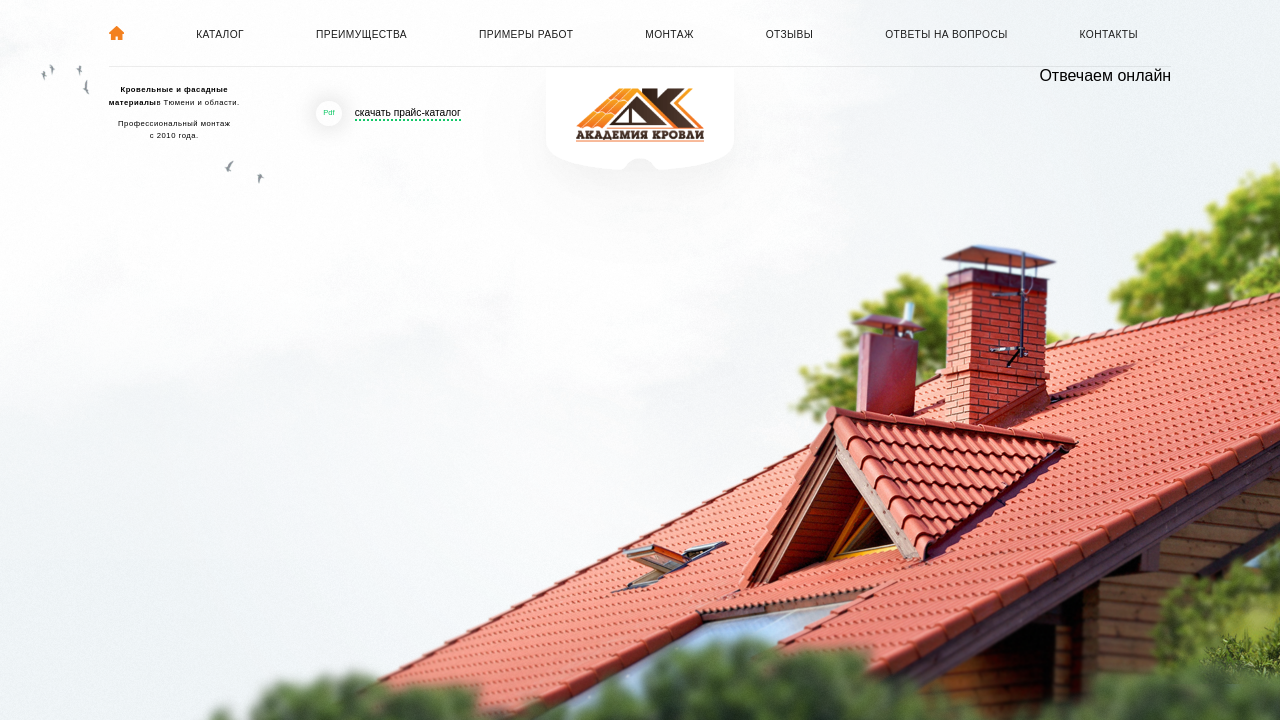
Repository: dima-hacker0/test_task_deyneka
Page: /
An editor plug-in stored every save of this project. The page is shown before and after the next save, followed by the edit.
The browser window is 1280 px wide. The pictures show the whole page.
The project was rebuilt for these pictures with package versions that can differ from the ones it lists, and the page was loaded fresh each time.

Above is the page before, as saved 2022-06-22 18:12:28.

After the next save:
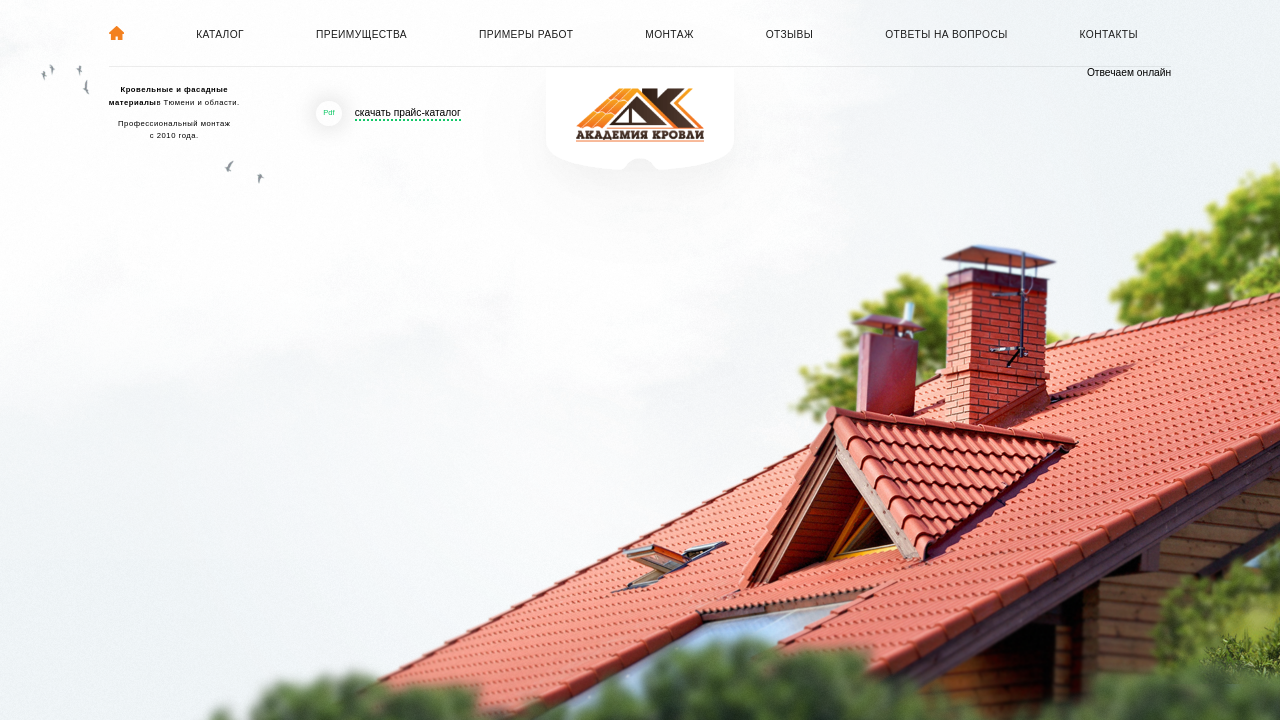
Saved 23 s later.
--- a/src/components/main_page/top_panel/answer_online/answer.jsx
+++ b/src/components/main_page/top_panel/answer_online/answer.jsx
@@ -3,8 +3,8 @@
 const Answer = () => {
   return (
     <div className={classes.answerOnline}>
-      <p>
-        Отвечаем <span>онлайн</span>
+      <p className={classes.answerText}>
+        Отвечаем <span style={{ fontWeight: 500 }}>онлайн</span>
       </p>
     </div>
   );
